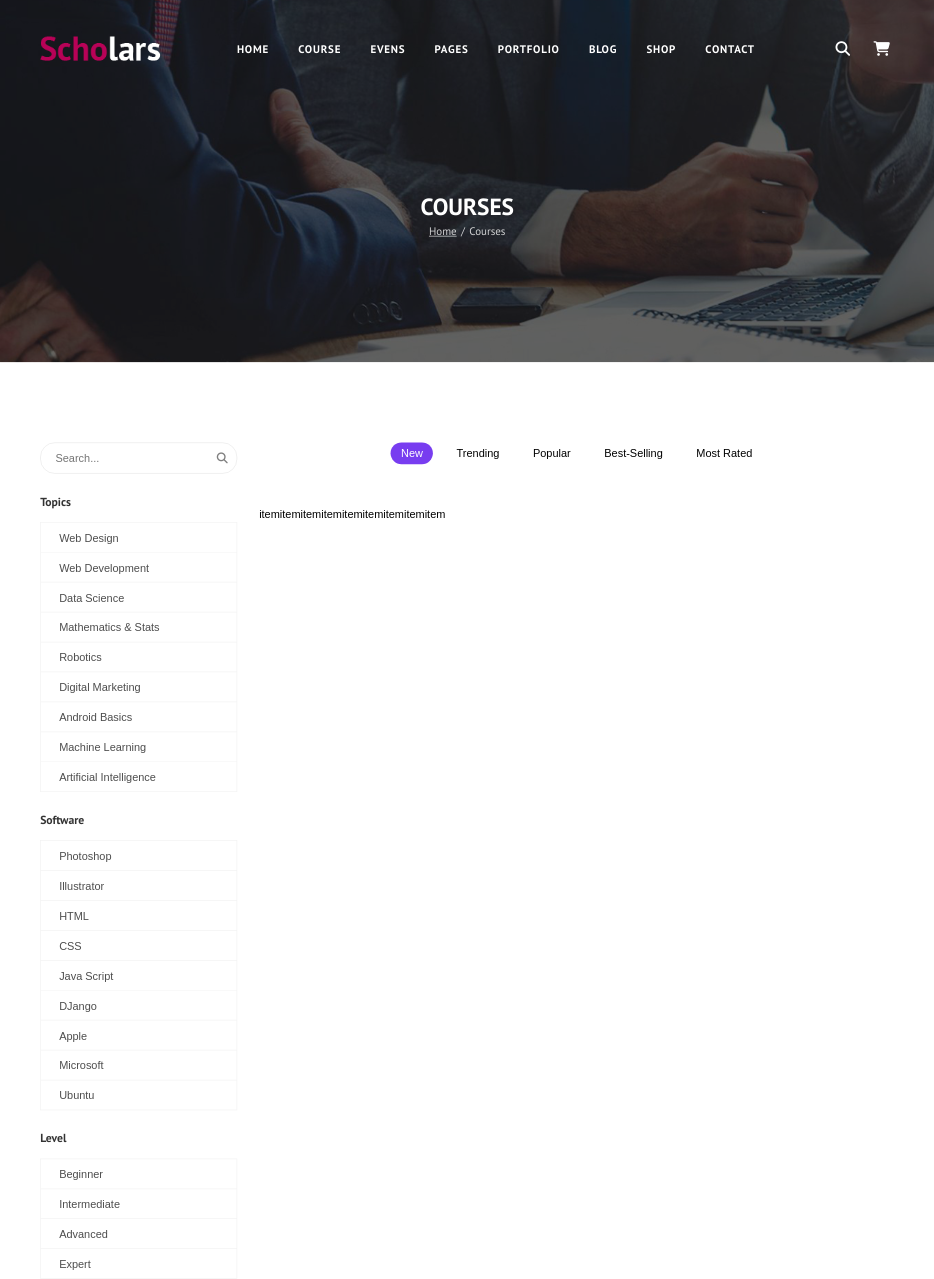
Repository: lannguyen1301/f8-zoom-day-7
Page: index.html
These files come from the project's save history. The page is drawn as it stood at one moment and after the next save; the edit follows.
The browser window is 1280 px wide. The pictures show the whole page, at 73% of full size.
Some web fonts or font styles are not loaded; a fallback is used.

Above is the page before, as saved 2025-04-25 00:07:55.

### index.html
<!DOCTYPE html>
<html lang="en">

<head>
    <meta charset="UTF-8">
    <meta name="viewport" content="width=device-width, initial-scale=1.0">
    <title>Scholars - Education, University & LMS HTML Template</title>

    <!-- Styles -->
    <link rel="stylesheet" href="./assets/css/reset.css">
    <link rel="stylesheet" href="./assets/css/style.css">

    <!-- Icon Font Awesome -->
    <link rel="stylesheet" href="https://cdnjs.cloudflare.com/ajax/libs/font-awesome/6.7.2/css/all.min.css"
        integrity="sha512-Evv84Mr4kqVGRNSgIGL/F/aIDqQb7xQ2vcrdIwxfjThSH8CSR7PBEakCr51Ck+w+/U6swU2Im1vVX0SVk9ABhg=="
        crossorigin="anonymous" referrerpolicy="no-referrer" />

    <!-- Font -->
    <link rel="preconnect" href="https://fonts.googleapis.com">
    <link rel="preconnect" href="https://fonts.gstatic.com" crossorigin>

    <link
        href="https://fonts.googleapis.com/css2?family=PT+Sans:ital,wght@0,400;0,700;1,400;1,700&family=Source+Sans+3:ital,wght@0,200..900;1,200..900&display=swap"
        rel="stylesheet">
</head>

<body>
    <div class="wrapper">
        <!-- Start header wrapper -->
        <div class="header-wrapper">
            <div class="inner">
                <div class="container header-container">
                    <!-- Start Header -->
                    <div class="header">
                        <!-- logo -->
                        <a href="./">
                            <img src="./assets/img/logo/logo.png" alt="Scholars Logo" class="header-logo">
                        </a>

                        <!-- Start Navigation -->
                        <ul class="nav">
                            <li class="item">
                                <a href="#!" class="link">Home</a>
                            </li>
                            <li class="item">
                                <a href="#!" class="link">Course</a>
                            </li>
                            <li class="item">
                                <a href="#!" class="link">Evens</a>
                            </li>
                            <li class="item">
                                <a href="#!" class="link">pages</a>
                            </li>
                            <li class="item">
                                <a href="#!" class="link">Portfolio</a>
                            </li>
                            <li class="item">
                                <a href="#!" class="link">Blog</a>
                            </li>
                            <li class="item">
                                <a href="#!" class="link">Shop</a>
                            </li>
                            <li class="item">
                                <a href="#!" class="link">Contact</a>
                            </li>
                        </ul>
                        <!-- End Navigation -->

                        <!-- User action -->
                        <div class="action-wrapper">
                            <button class="action-btn">
                                <i class="fa-solid fa-magnifying-glass"></i>
                            </button>
                            <button class="action-btn">
                                <i class="fa-solid fa-cart-shopping"></i>
                            </button>
                        </div>
                    </div>
                    <!-- End Header -->

                    <!-- Start Header Content -->
                    <div class="header-content">
                        <h1 class="heading">COURSES</h1>
                        <ul class="breadcrumb">
                            <li>
                                <a href="#!">Home</a>
                            </li>
                            <li>Courses</li>
                        </ul>
                    </div>
                    <!-- End Header Content -->
                </div>
            </div>
        </div>
        <!-- End header wrapper -->

        <!-- Start main -->
        <div class="main">
            <div class="container">
                <div class="inner">
                    <!-- Start sidebar -->
                    <div class="sidebar">
                        <!-- Start search form -->
                        <form action="" class="search-form" autocomplete="off">
                            <input type="text" name="" id="" placeholder="Search..." spellcheck="false"
                                class="search-input">
                            <button class="search-btn">
                                <i class="fa-solid fa-magnifying-glass"></i>
                            </button>
                        </form>
                        <!-- End search form -->

                        <!-- Start sidebar menu -->
                        <h2 class="menu-title">
                            Topics
                        </h2>
                        <ul class="menu">
                            <li>
                                <a href="#!">Web Design</a>
                            </li>
                            <li>
                                <a href="#!">Web Development</a>
                            </li>
                            <li>
                                <a href="#!">Data Science</a>
                            </li>
                            <li>
                                <a href="#!">Mathematics & Stats</a>
                            </li>
                            <li>
                                <a href="#!">Robotics</a>
                            </li>
                            <li>
                                <a href="#!">Digital Marketing</a>
                            </li>
                            <li>
                                <a href="#!">Android Basics</a>
                            </li>
                            <li>
                                <a href="#!">Machine Learning</a>
                            </li>
                            <li>
                                <a href="#!">Artificial Intelligence</a>
                            </li>
                        </ul>

                        <h2 class="menu-title">
                            Software
                        </h2>
                        <ul class="menu">
                            <li>
                                <a href="#!">Photoshop</a>
                            </li>
                            <li>
                                <a href="#!">Illustrator</a>
                            </li>
                            <li>
                                <a href="#!">HTML</a>
                            </li>
                            <li>
                                <a href="#!">CSS</a>
                            </li>
                            <li>
                                <a href="#!">Java Script</a>
                            </li>
                            <li>
                                <a href="#!">DJango</a>
                            </li>
                            <li>
                                <a href="#!">Apple</a>
                            </li>
                            <li>
                                <a href="#!">Microsoft</a>
                            </li>
                            <li>
                                <a href="#!">Ubuntu</a>
                            </li>
                        </ul>

                        <h2 class="menu-title">
                            Level
                        </h2>
                        <ul class="menu">
                            <li>
                                <a href="#!">Beginner</a>
                            </li>
                            <li>
                                <a href="#!">Intermediate</a>
                            </li>
                            <li>
                                <a href="#!">Advanced</a>
                            </li>
                            <li>
                                <a href="#!">Expert</a>
                            </li>
                        </ul>
                        <!-- End sidebar menu -->
                    </div>
                    <!-- End sidebar -->

                    <!-- Start main content -->
                    <div class="main-content">
                        <!-- Start topics -->
                        <ul class="topics">
                            <li class="active">
                                <a href="#!">New</a>
                            </li>
                            <li>
                                <a href="#!">Trending</a>
                            </li>
                            <li>
                                <a href="#!">Popular</a>
                            </li>
                            <li>
                                <a href="#!">Best-Selling</a>
                            </li>
                            <li>
                                <a href="#!">Most Rated</a>
                            </li>
                        </ul>
                        <!-- End topics -->

                        <!-- Start Courses lisst -->
                        <div class="courses-list">
                            <div class="courses-item">item</div>
                            <div class="courses-item">item</div>
                            <div class="courses-item">item</div>
                            <div class="courses-item">item</div>
                            <div class="courses-item">item</div>
                            <div class="courses-item">item</div>
                            <div class="courses-item">item</div>
                            <div class="courses-item">item</div>
                            <div class="courses-item">item</div>
                        </div>
                        <!-- End Courses lisst -->
                    </div>
                    <!-- End main content -->
                </div>
            </div>
        </div>
        <!-- End main -->
    </div>

</body>

</html>

### assets/css/style.css
*,
::before,
::after {
    box-sizing: border-box;
}

:root {
    --heading-font: "PT Sans", sans-serif;
    --black: #000;
    --white: #fff;
    --primary: #b80257;
    --secondary: #783df0;
}

html {
    font-size: 62.5%;
}

body {
    scroll-behavior: smooth;
    font-family: "Source Sans 3", sans-serif;
    font-size: 1.5rem;
}

h1,
h2,
h3,
h4,
h5,
h6 {
    font-family: var(--heading-font);
    font-weight: 700;
}

input,
button {
    border: none;
    outline: none;
    background: transparent;
    cursor: pointer;
}

a,
img,
button,
input,
textarea,
select {
    font-size: inherit;
    font-family: inherit;
    color: inherit;
    -webkit-tap-highlight-color: transparent;
    /**
        Thuộc tính -webkit-tap-highlight-color được sử dụng trong CSS
        để kiểm soát hiệu ứng highlight (màu nhấp nháy) khi người dùng chạm vào
        một phần tử trên các thiết bị di động sử dụng trình duyệt WebKit (Safari, Chrome trên iOS).
    **/
}

.container {
    width: 1170px;
    max-width: 100%;
    margin: 0 auto;
}

/* Start header wrapper */
.header-wrapper {
    display: flex;
    width: 100%;
    min-height: 496px;
    background-image: url(../img/banner/banner-2.jpg);
    background-repeat: no-repeat;
    background-size: cover;
    background-position: center;
}

.header-wrapper .inner {
    display: flex;
    width: 100%;
    background: rgba(0, 0, 0, 0.6);
}

.header-container {
    display: flex;
    flex-direction: column;
}

.header {
    display: flex;
    align-items: center;
    justify-content: space-between;
    padding-top: 40px;
}

.header-content {
    display: flex;
    flex-direction: column;
    align-items: center;
    justify-content: center;
    gap: 10px;
    flex-grow: 1;
    color: var(--white);
}

.header .nav {
    display: flex;
}

.nav a {
    display: inline-block;
    padding: 20px;
    color: var(--white);
    text-transform: uppercase;
    text-decoration: none;
    font-family: var(--heading-font);
    font-weight: 700;
    font-size: 1.5rem;
    letter-spacing: 1.1px;
}

.action-wrapper {
    display: flex;
    align-items: center;
    justify-content: center;
    gap: 20px;
}

.action-btn {
    font-size: 2rem;
    color: var(--white);
}

h1.heading {
    font-size: 3.2rem;
}

.breadcrumb {
    display: flex;
    font-family: var(--heading-font);
    font-size: 1.5rem;
    color: #fffc;
}

.breadcrumb li + li::before {
    content: "/";
    padding: 0 6px;
}

/* Start main */
.main {
    margin-top: 110px;
}

.main .inner {
    display: flex;
    gap: 30px;
}

/* Start sidebar */
.sidebar {
    width: 270px;
}

.search-form {
    display: flex;
    align-items: center;
    height: 43px;
    border: 1px solid #00000017;
    border-radius: 20px;
    overflow: hidden;
}

.search-input {
    flex-grow: 1;
    padding-left: 20px;
}

.search-input:not(:placeholder-shown) + .search-btn {
    color: #333;
}

.search-btn {
    padding: 0 20px;
    /* height: 100%; */
    align-self: stretch;
    color: #00000080;
}

.menu-title {
    margin-top: 30px;
    color: #333;
    font-size: 1.6rem;
}

ul.menu {
    margin-top: 20px;
    border: 1px solid #0000000d;
}

ul.menu li + li {
    border-top: 1px solid #0000000d;
}

.menu a {
    display: flex;
    align-items: center;
    height: 40px;
    padding: 0 25px;
    color: #000000b3;
    text-decoration: none;
}

.menu a:hover {
    color: var(--secondary);
}

.main .main-content {
    flex-grow: 1;
}

/* Topics */
.topics {
    display: flex;
    gap: 18px;
    justify-content: center;
}

.topics a {
    display: inline-block;
    height: 30px;
    padding: 0 14px;
    border-radius: 999px;
    text-decoration: none;
    line-height: 30px;
}

.topics .active a,
.topics a:hover {
    background: var(--secondary);
    /* border-radius: 999px; */
    color: var(--white);
}

/* Courses list */
.courses-list {
    --column: 3;
    --spacing: 30px;

    display: flex;
    flex-wrap: wrap;
    row-gap: var(--spacing);
    margin-top: 60px;
    margin-left: calc(-1 * var(--spacing);
}

.courses-item {
    display: flex;
    align-items: center;
    justify-content: center;
    width: calc(100% - var(--column) - var(--spacing));
    min-height: 150px;
    margin-left: var(--spacing);
    background: orange;
    border: 1px solid red;
}

Loaded but not shown: assets/css/reset.css (common file)

After the next save:
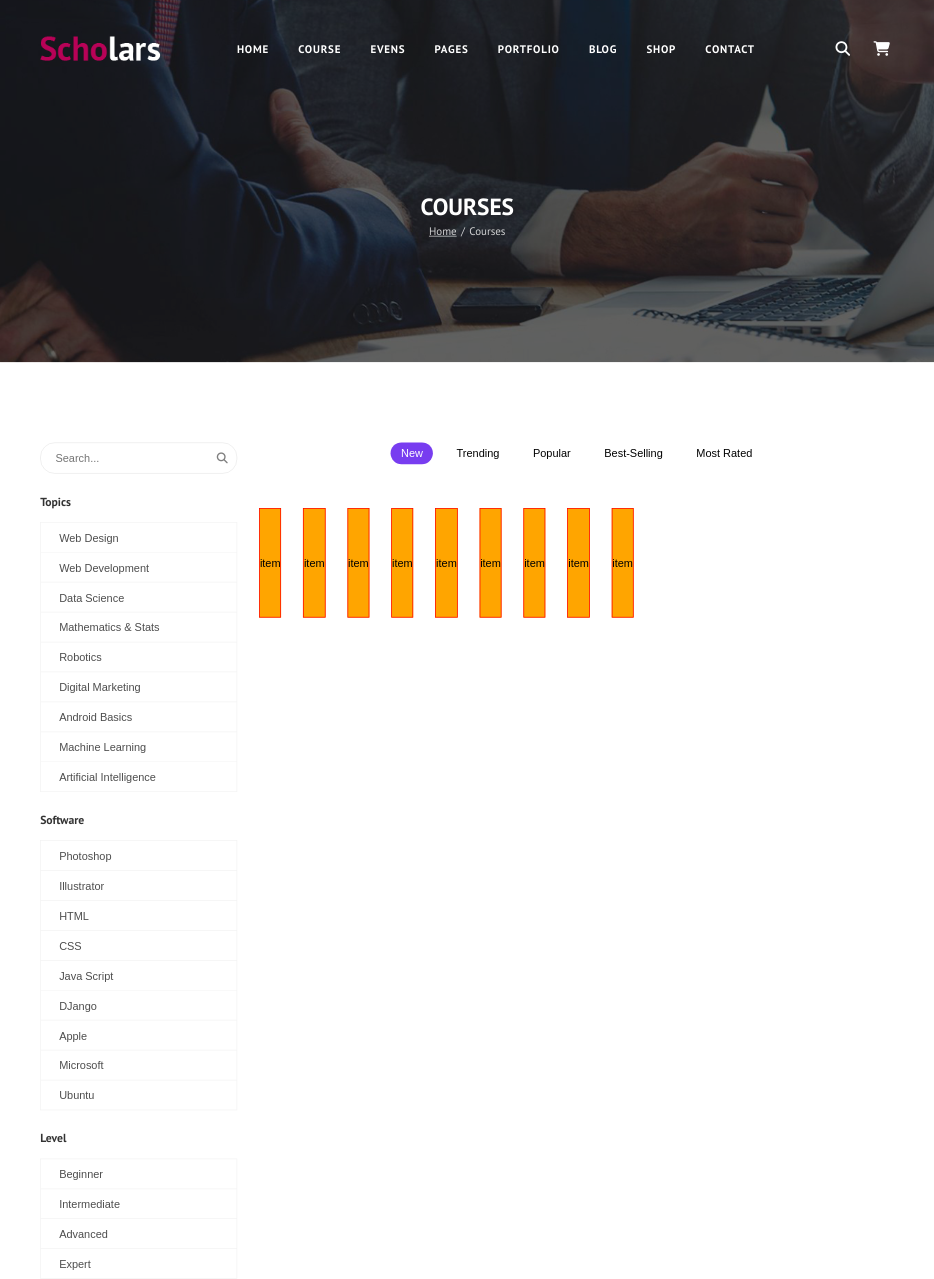
Saved 14 s later.
--- a/assets/css/style.css
+++ b/assets/css/style.css
@@ -250,7 +250,7 @@ ul.menu li + li {
     flex-wrap: wrap;
     row-gap: var(--spacing);
     margin-top: 60px;
-    margin-left: calc(-1 * var(--spacing);
+    margin-left: calc(-1 * var(--spacing));
 }
 
 .courses-item {
